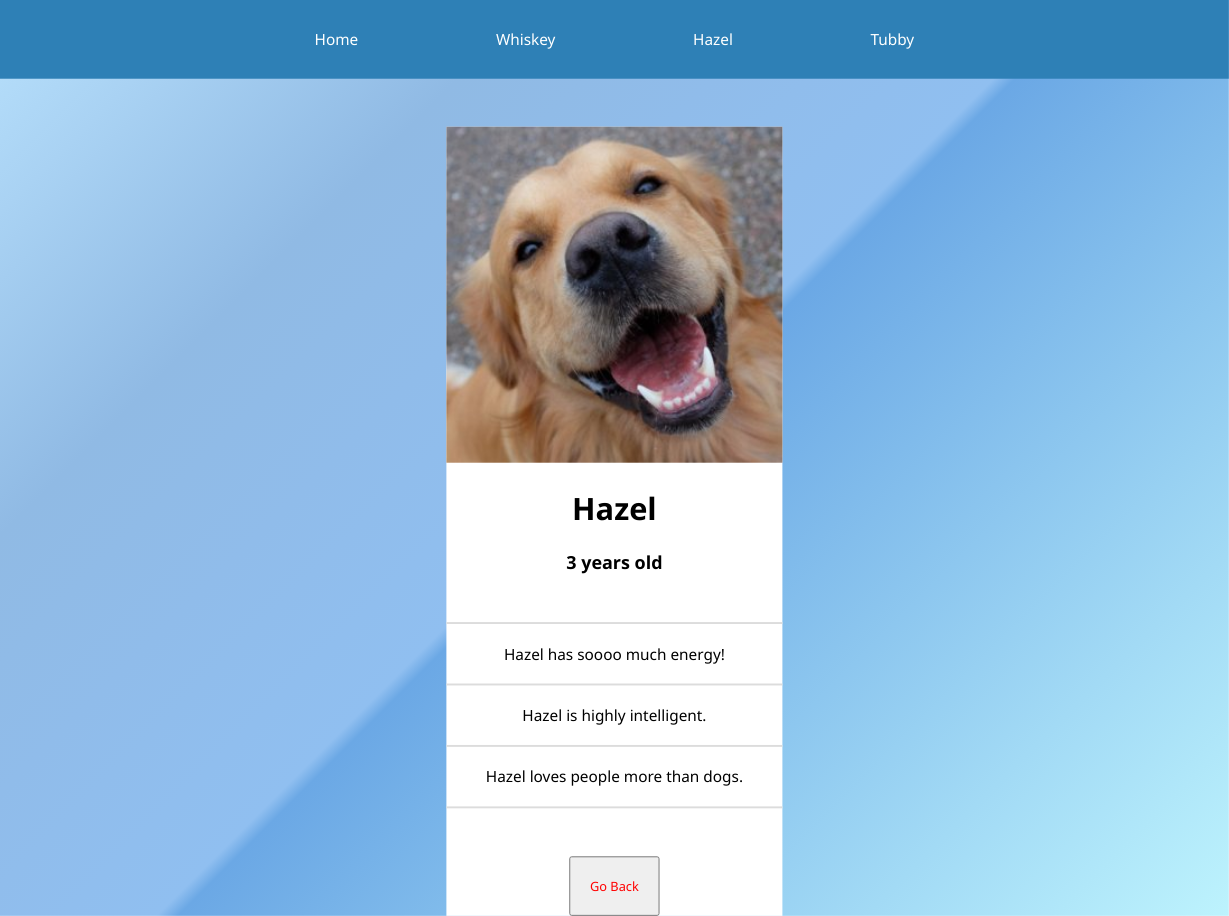
Repository: johnmutina/dog-finder
Page: /dogs/Hazel
These files come from the project's save history. The page is drawn as it stood at one moment and after a run of saves; the edit follows.
The browser window is 1280 px wide. The pictures show the whole page, at 96% of full size.
The project was rebuilt for these pictures with package versions that can differ from the ones it lists, and the page was loaded fresh each time. Also part of the build but not shown: src/DogFinder.css, src/DogFinder.js.

Above is the page before, as saved 2019-07-28 15:40:52.

### src/App.js
import React, { Component } from "react";
import { Switch, Route, NavLink, Redirect } from "react-router-dom";
import DogFinder from "./DogFinder";
import Dog from "./Dog";
import "./App.css";

// Import all images in image folder
function importAll(r) {
  let images = {};
  r.keys().map((item, index) => {
    images[item.replace("./", "")] = r(item);
  });
  return images;
}

const images = importAll(
  require.context("./assets", false, /\.(gif|jpe?g|svg)$/)
);

class App extends Component {
  static defaultProps = {
    dogs: [
      {
        name: "Whiskey",
        age: 5,
        src: images["whiskey.jpg"],
        facts: [
          "Whiskey loves eating popcorn.",
          "Whiskey is a terrible guard dog.",
          "Whiskey wants to cuddle with you!"
        ]
      },
      {
        name: "Hazel",
        age: 3,
        src: images["hazel.jpg"],
        facts: [
          "Hazel has soooo much energy!",
          "Hazel is highly intelligent.",
          "Hazel loves people more than dogs."
        ]
      },
      {
        name: "Tubby",
        age: 4,
        src: images["tubby.jpg"],
        facts: [
          "Tubby is not the brightest dog",
          "Tubby does not like walks or exercise.",
          "Tubby loves eating food."
        ]
      }
    ]
  };

  render() {
    return (
      <div className="App">
        {/* NAVBAR */}
        <div className="App-navbar">
          <NavLink to="/dogs" activeClassName="App-active-navlink">
            Home
          </NavLink>
          {this.props.dogs.map(dog => (
            <NavLink
              key={dog.name}
              to={`/dogs/${dog.name}`}
              activeClassName="App-active-navlink"
            >
              {dog.name}
            </NavLink>
          ))}
        </div>

        {/* ROUTES SETUP */}

        <Switch>
          <Route
            exact
            path="/dogs"
            render={routeProps => (
              <DogFinder dogs={this.props.dogs} {...routeProps} />
            )}
          />
          <Route
            exact
            path="/dogs/:name"
            render={routeProps => (
              <Dog
                {...this.props.dogs.filter(
                  dog => dog.name == routeProps.match.params.name
                )[0]}
                {...routeProps}
              />
            )}
          />
          <Route render={() => <Redirect to="/dogs" />} />
        </Switch>
      </div>
    );
  }
}

export default App;

### src/Dog.js
import React, { Component } from "react";
import "./Dog.css";

class Dog extends Component {
  render() {
    return (
      <div className="Dog">
        <img src={this.props.src} alt={`${this.props.name}`} />
        <h1>{this.props.name}</h1>
        <h3>{this.props.age} years old</h3>
        <ul>
          {this.props.facts.map(fact => (
            <li>{fact}</li>
          ))}
        </ul>
        <button onClick={this.props.history.goBack}>Go Back</button>
      </div>
    );
  }
}

export default Dog;

### src/App.css
* {
  font-family: "Segoe UI", Tahoma, Geneva, Verdana, sans-serif;
}

.App {
  min-height: 100vh;
  text-align: center;
  background: #b8e1fc; /* Old browsers */
  background: -moz-linear-gradient(
    -45deg,
    #b8e1fc 0%,
    #a9d2f3 10%,
    #90bae4 25%,
    #90bcea 37%,
    #90bff0 50%,
    #6ba8e5 51%,
    #a2daf5 83%,
    #bdf3fd 100%
  ); /* FF3.6-15 */
  background: -webkit-linear-gradient(
    -45deg,
    #b8e1fc 0%,
    #a9d2f3 10%,
    #90bae4 25%,
    #90bcea 37%,
    #90bff0 50%,
    #6ba8e5 51%,
    #a2daf5 83%,
    #bdf3fd 100%
  ); /* Chrome10-25,Safari5.1-6 */
  background: linear-gradient(
    135deg,
    #b8e1fc 0%,
    #a9d2f3 10%,
    #90bae4 25%,
    #90bcea 37%,
    #90bff0 50%,
    #6ba8e5 51%,
    #a2daf5 83%,
    #bdf3fd 100%
  ); /* W3C, IE10+, FF16+, Chrome26+, Opera12+, Safari7+ */
  filter: progid:DXImageTransform.Microsoft.gradient( startColorstr='#b8e1fc', endColorstr='#bdf3fd',GradientType=1 ); /* IE6-9 fallback on horizontal gradient */
}
.App-navbar {
  display: flex;
  background-color: #2e80b6;
  justify-content: space-around;
  padding: 30px 20%;
}

.App-navbar > * {
  color: white;
  text-decoration: none;
  text-transform: capitalize;
}

.App-navbar > *:hover {
  text-decoration: underline;
  font-weight: bolder;
}

### src/Dog.css
.Dog {
  width: 60%;
  max-width: 350px;
  margin: 50px auto 0 auto;
  background: white;
}

.Dog img {
  width: 100%;
}

.Dog ul {
  list-style: none;
  padding-left: 0;
  margin: 50px 0;
  width: 100%;
}

.Dog ul li {
  /* margin: 20px 0; */
  padding: 20px;
  border-top: 2px solid rgb(220, 220, 220);
}

.Dog ul li:last-child {
  border-bottom: 2px solid rgb(220, 220, 220);
}

.Dog button {
  color: red;
  padding: 20px;
}

Loaded but not shown: public/index.html (common file); src/index.js (common file); src/index.css (common file); src/serviceWorker.js (common file)

After the next 2 saves:
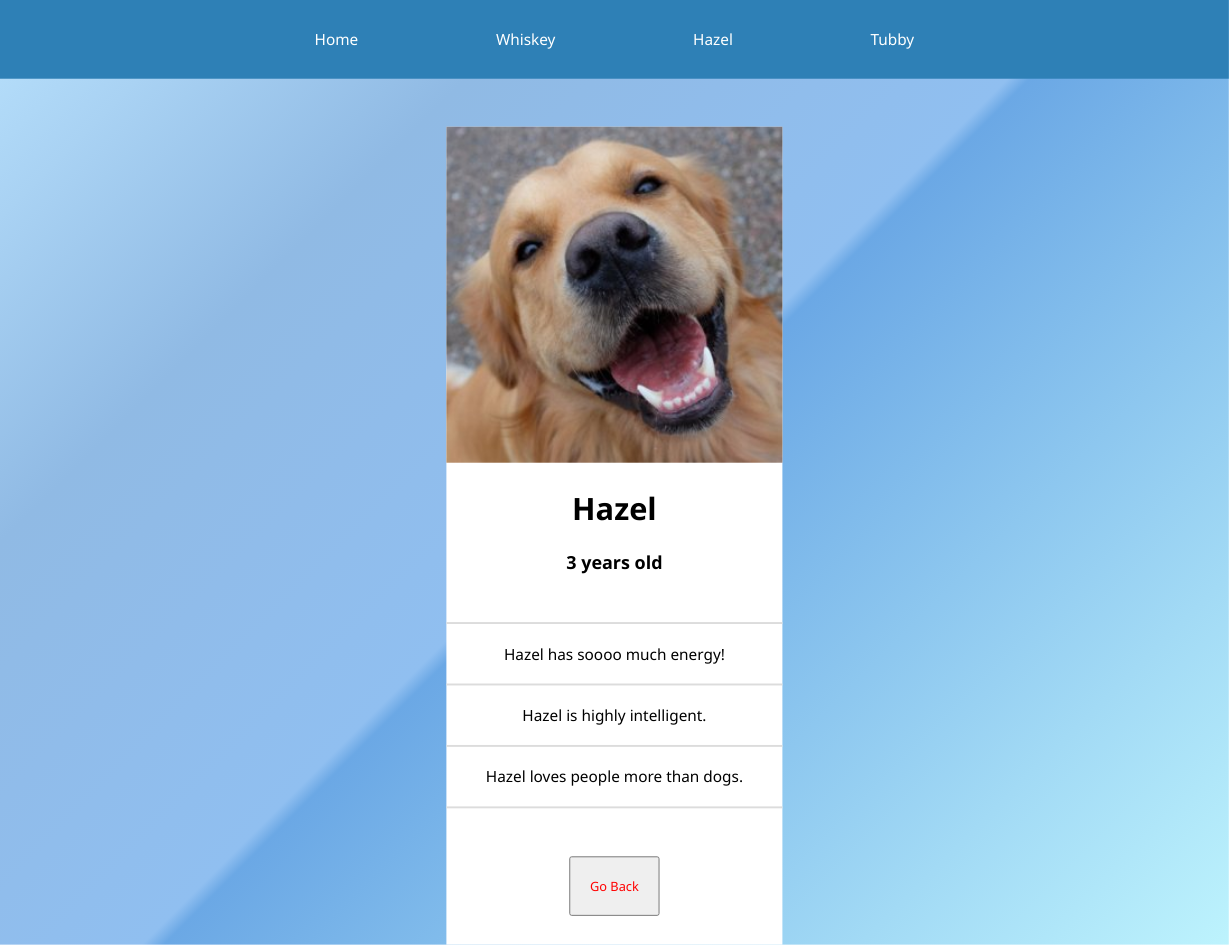
The 2 saves are shown as one change because they came seconds apart.
The last was saved 12 s later.
--- a/src/Dog.css
+++ b/src/Dog.css
@@ -28,5 +28,6 @@
 
 .Dog button {
   color: red;
+  margin-bottom: 30px;
   padding: 20px;
 }
